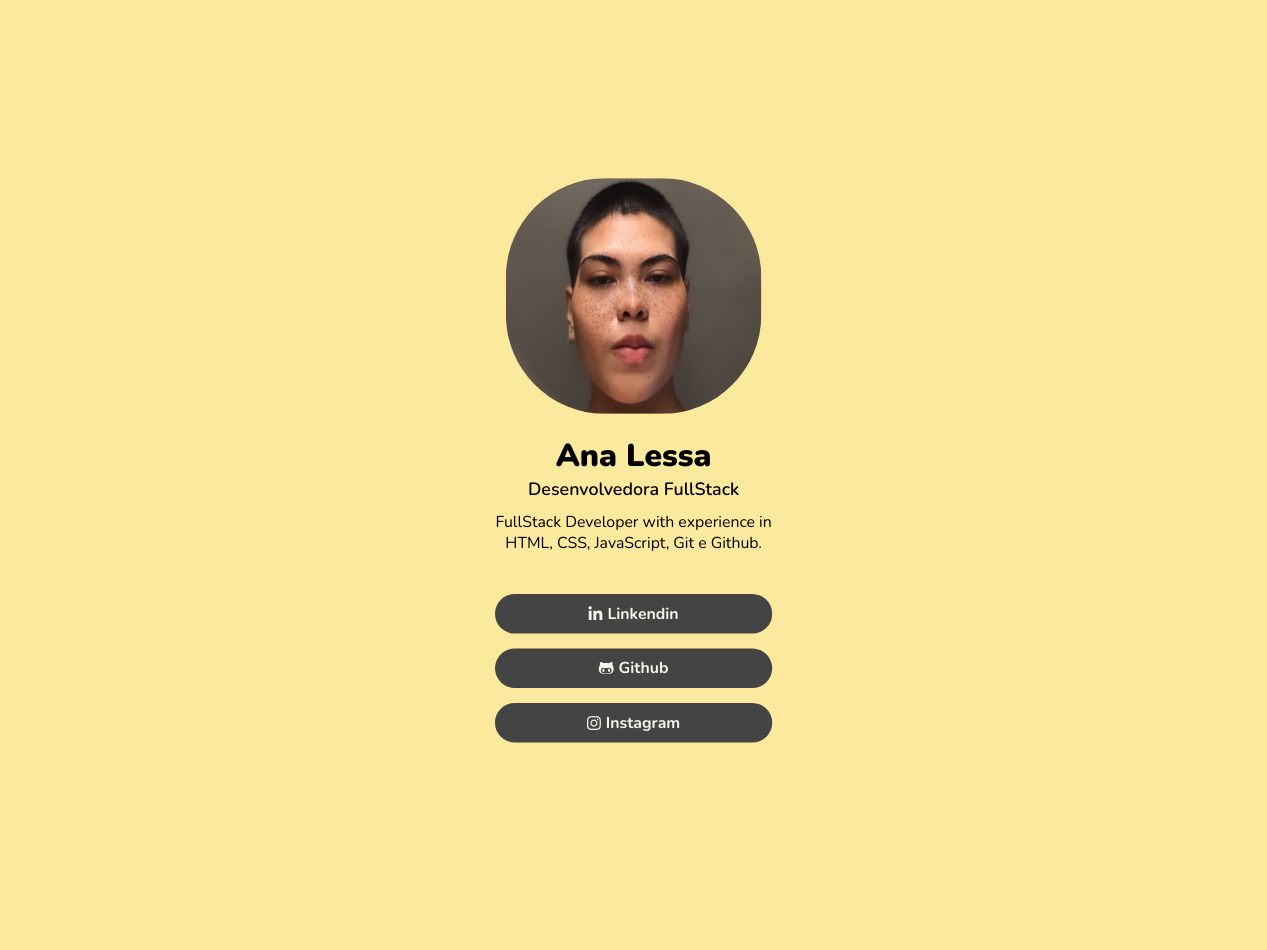
Repository: analessp/linktree
Page: index.html
These files come from the project's save history. The page is drawn as it stood at one moment and after the next save; the edit follows.
The browser window is 1280 px wide. The pictures show the whole page, at 99% of full size.

Above is the page before, as saved 2025-04-11 10:56:13.

After the next save:
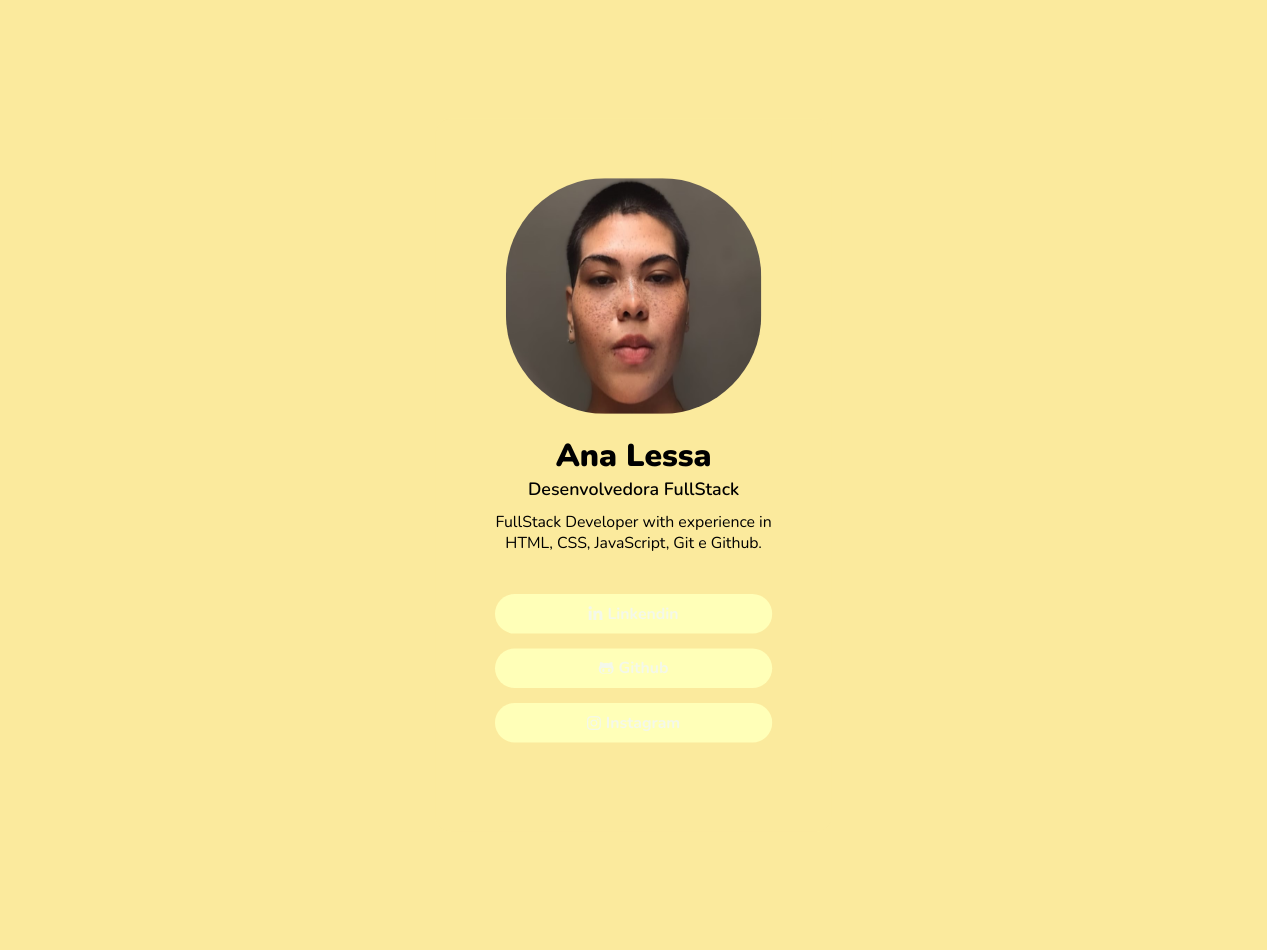
Saved 13 s later.
--- a/style.css
+++ b/style.css
@@ -60,7 +60,7 @@ margin-bottom: 10px;
     align-items: center;
     width: 280px;
     height: 40px;
-    background-color: #444444;
+    background-color: #ffffb8;
     margin: 15px 0;
     padding: 8px 0;
     border-radius: 20px;
